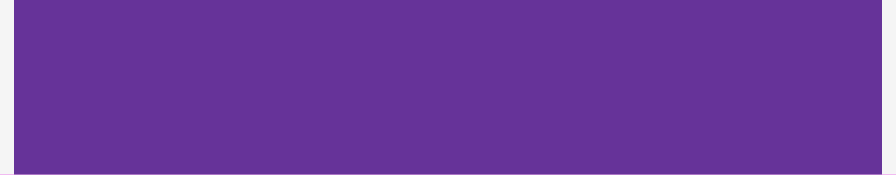
Repository: zhanguangJ/360Mark
Page: main.html
These files come from the project's save history. The page is drawn as it stood at one moment and after the next save; the edit follows.
The browser window is 1280 px wide. The pictures show the part of the page from y = 795 to 2715 px (the page is 1045 px tall before and 3776 px after), at 70% of full size.

Above is the page before, as saved 2019-05-07 20:40:22.

After the next save:
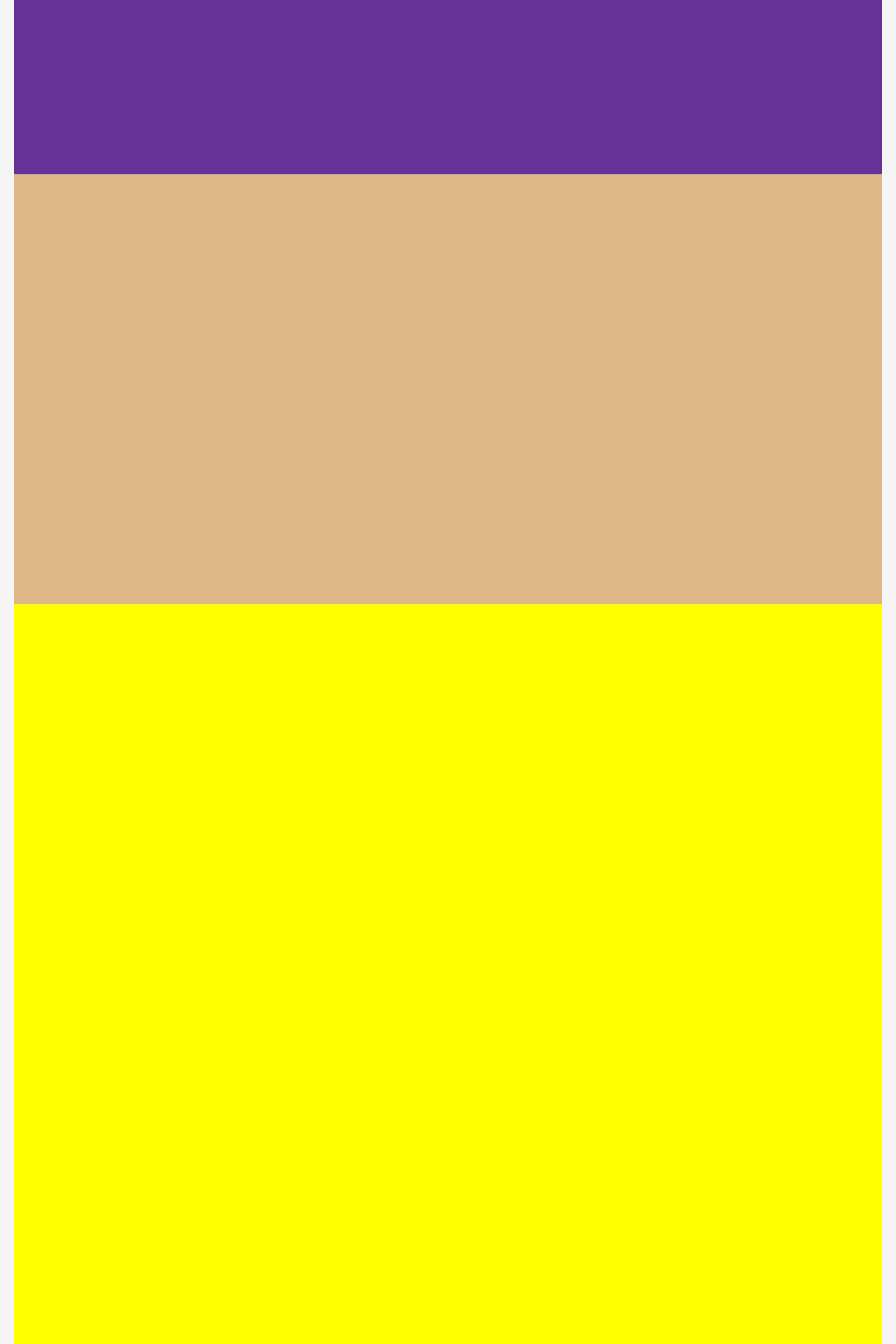
Saved 9 s later.
--- a/main.html
+++ b/main.html
@@ -26,8 +26,9 @@
         <!-- 热门活动 -->
         <div class="mod-activity"></div>
         <!-- 限时购 -->
-        <div class="mod-TimeToBuy"></div>
+        <div class="mod-timeToBuy"></div>
         <!-- 热门商品 -->
+        <div class="mod-hodGoods"></div>
     </div>
 
 
